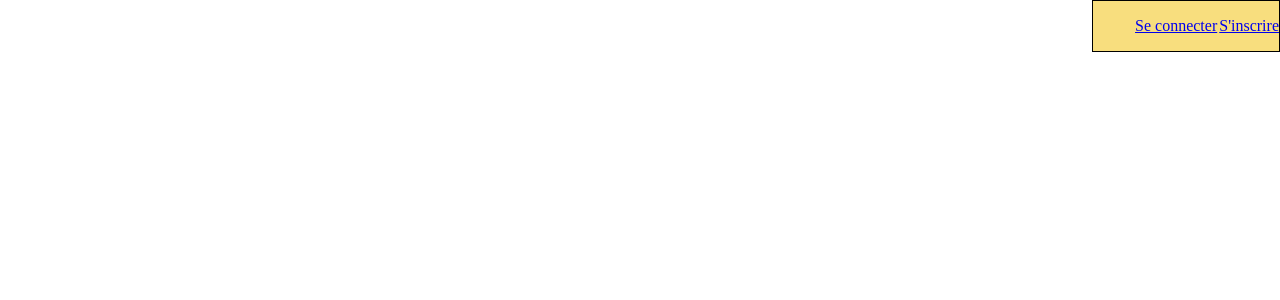
Repository: DylanORK/htdocs
Page: http://localhost/PannelInconnu.php
An editor plug-in stored every save of this project. The page is shown before and after the next save, followed by the edit.
The browser window is 1280 px wide. The pictures show the whole page.
The page is run by PHP 8.4 with error messages shown; the project is at /var/www/html/.

Above is the page before, as saved 2015-06-02 09:16:04.

### EclipsePHP/InterFaceWeb/PannelInconnu.php
<?php require ("Style/Style-Pannel.php"); ?>

<div id="Carre">

<ul class="PannelInconnu">
<li><a href="Connexion.php">Se connecter</a></li>
<li><a href="Inscription.php">S'inscrire</a></li>
</ul>

</div>

### EclipsePHP/InterFaceWeb/Style/Style-Pannel.php
<style type="text/css">

.PannelInconnu li
{
list-style-type : none;
float: left;
margin-left : 2px;
text-align : bottom;
display: block;


}

#Carre
{
background-color : #f8de7e;
height : 50px;
position: fixed;
border : 1px solid black;
float:right;
top : 0;
right : 0;
}

</style>

After the next save:
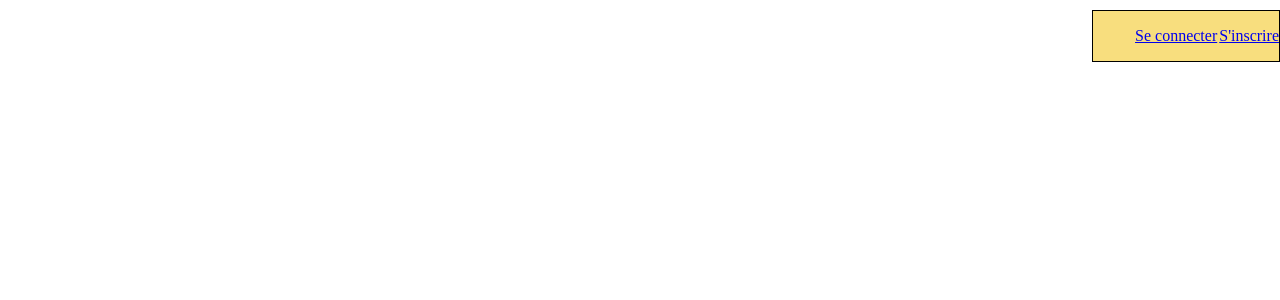
Saved 6 min 28 s later.
--- a/EclipsePHP/InterFaceWeb/Style/Style-Pannel.php
+++ b/EclipsePHP/InterFaceWeb/Style/Style-Pannel.php
@@ -5,9 +5,13 @@
 list-style-type : none;
 float: left;
 margin-left : 2px;
-text-align : bottom;
-display: block;
+text-align : center;
 
+}
+
+.PannelInconnu li a
+{
+display : block;
 
 }
 
@@ -18,7 +22,7 @@ height : 50px;
 position: fixed;
 border : 1px solid black;
 float:right;
-top : 0;
+top : 10px;
 right : 0;
 }
 
